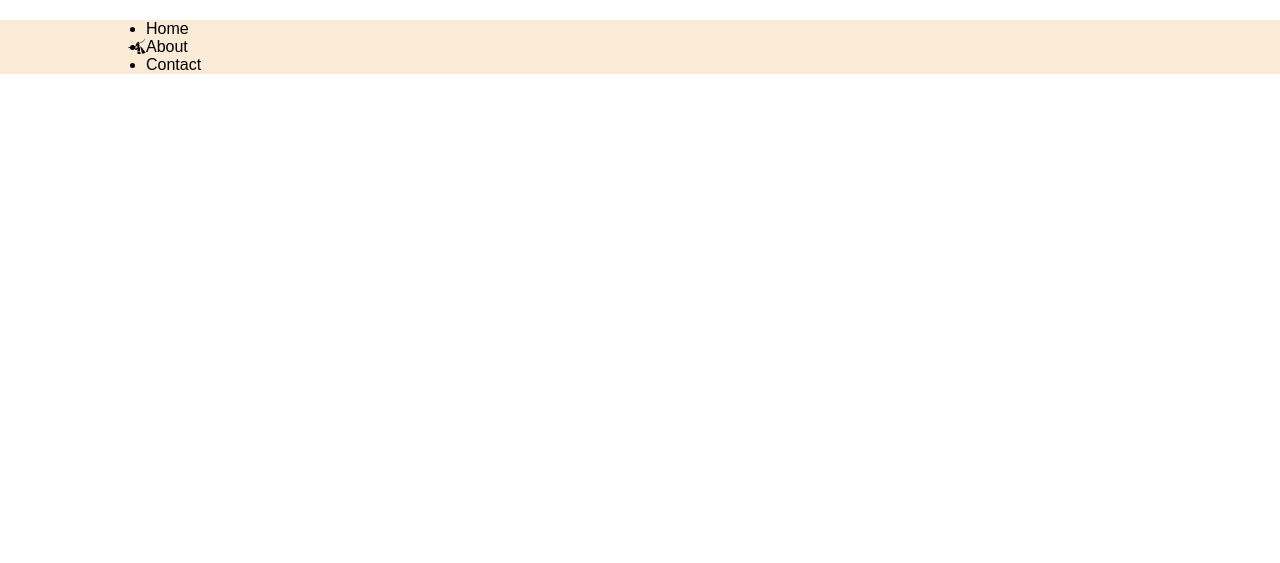
Repository: nvngon2604/Git
Page: web/index.html
The author's editor kept a copy of each file at every save. The page is drawn from the files as they stood at one save, then again after the next save.
The browser window is 1280 px wide. The pictures show the whole page.
Some web libraries are served in a nearby version.

Above is the page before, as saved 2020-05-08 20:43:33.

### web/index.html
<!DOCTYPE html>
<html lang="en">
<head>
    <meta charset="UTF-8">
    <meta name="viewport" content="width=device-width, initial-scale=1.0">
    <script src="https://kit.fontawesome.com/c1afb31dbf.js" crossorigin="anonymous"></script>
    <link rel="stylesheet" href="index.css">
    <title>Document</title>
</head>
<body>
    <div class="container">
        <nav>
            <div class="image">
                <i class="fab fa-pied-piper-alt"></i>
            </div>
            <div class="amenu">
                <ul>
                    <li>Home</li>
                    <li>About</li>
                    <li>Contact</li>
                </ul>
            </div>
        </nav>
    </div>
</html>

### web/index.css
*{
    padding: 0;
    margin: 0;
    font-family: sans-serif;
}
.container{
    width: 100%;
    height: 70%;
    position: relative;
    background-color: antiquewhite;
}
nav{
    width: 80%;
    margin: 20px auto;
    display: flex;
    align-items:center;
}
nav .nav-links{
    display: flex;
    justify-content: flex-end;
}

After the next save:
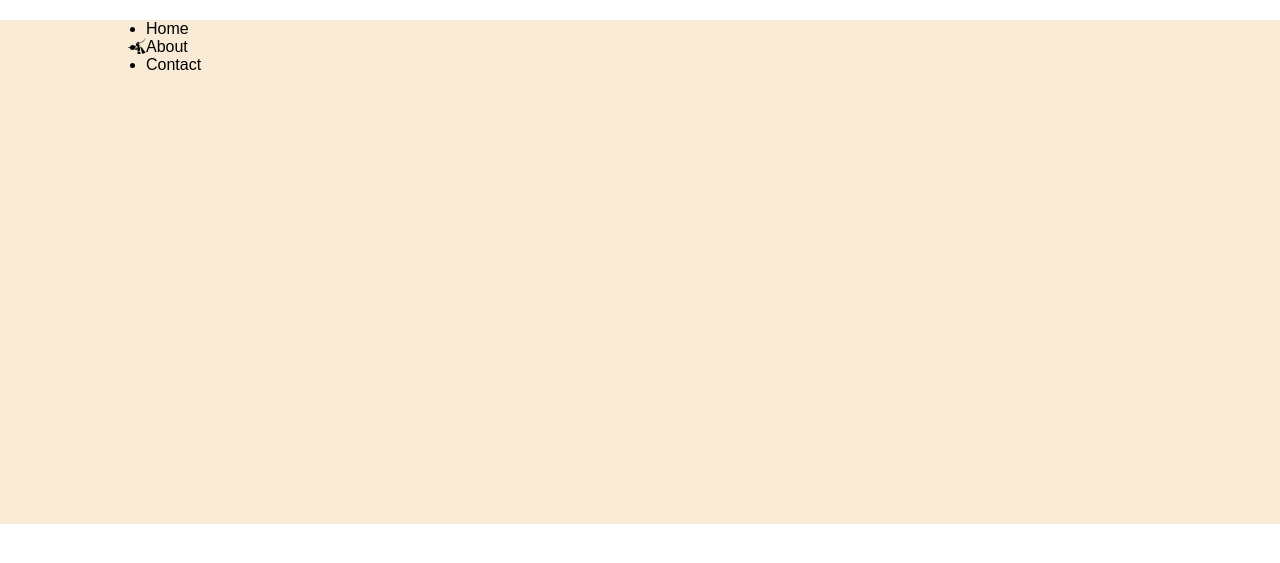
Saved 7 s later.
--- a/web/index.css
+++ b/web/index.css
@@ -5,7 +5,7 @@
 }
 .container{
     width: 100%;
-    height: 70%;
+    height: 70vh;
     position: relative;
     background-color: antiquewhite;
 }

After the 2 saves that followed:
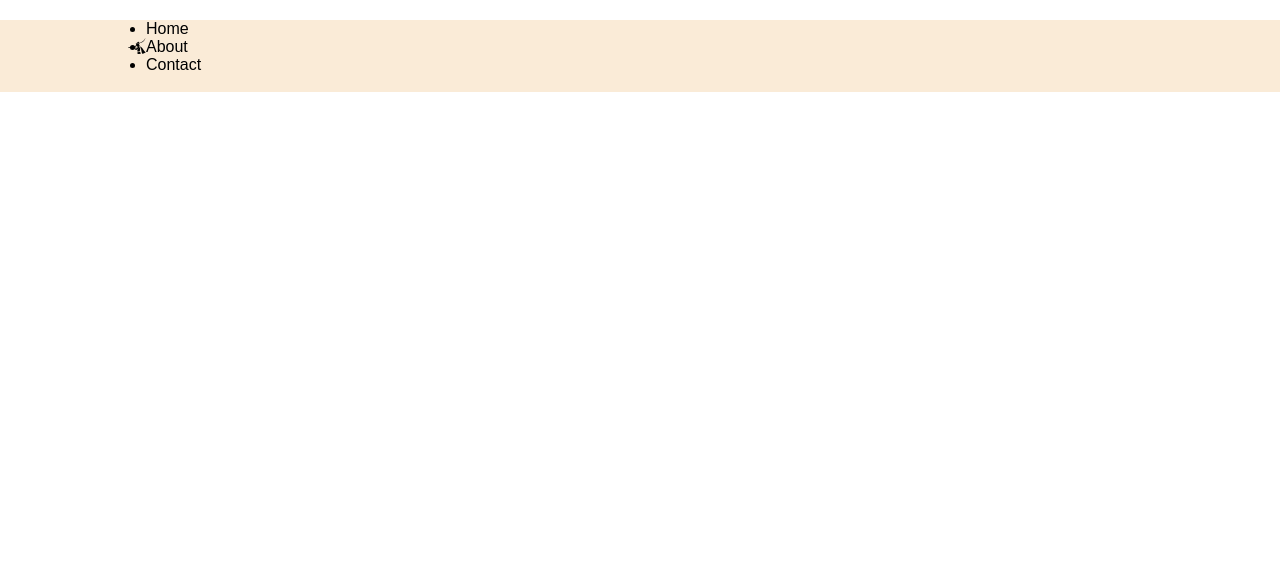
The 2 saves are shown as one change because they came seconds apart.
The last was saved 7 s later.
--- a/web/index.css
+++ b/web/index.css
@@ -5,7 +5,7 @@
 }
 .container{
     width: 100%;
-    height: 70vh;
+    height: 10vh;
     position: relative;
     background-color: antiquewhite;
 }
